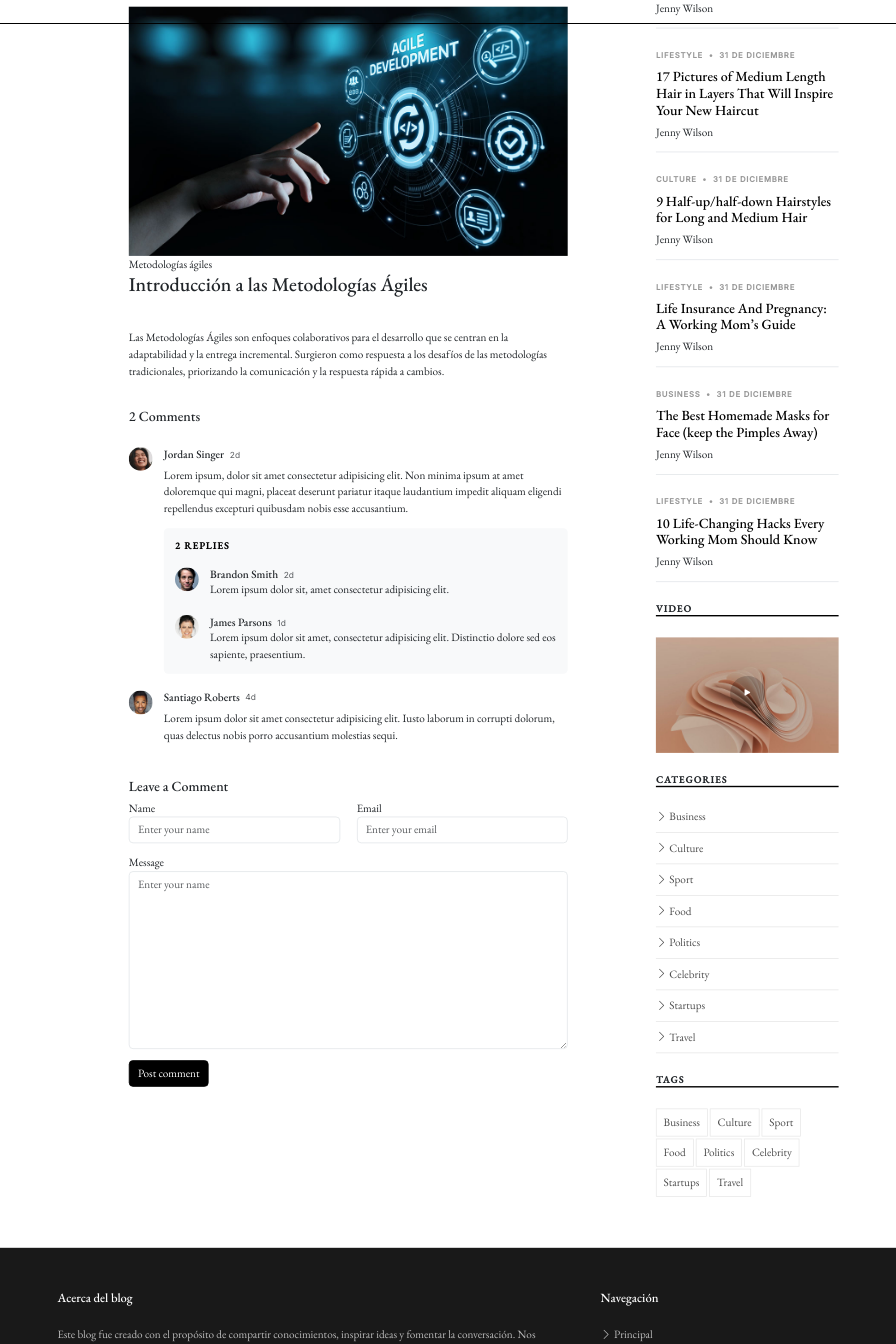
Repository: MiguelDev5/blog-miguel
Page: ma-post.html
These files come from the project's save history. The page is drawn as it stood at one moment and after the next save; the edit follows.
The browser window is 1280 px wide. The pictures show the part of the page from y = 331 to 2251 px (the page is 2567 px tall), at 70% of full size.
Some web fonts or font styles are not loaded; a fallback is used.

Above is the page before, as saved 2024-01-01 14:07:27.

After the next save:
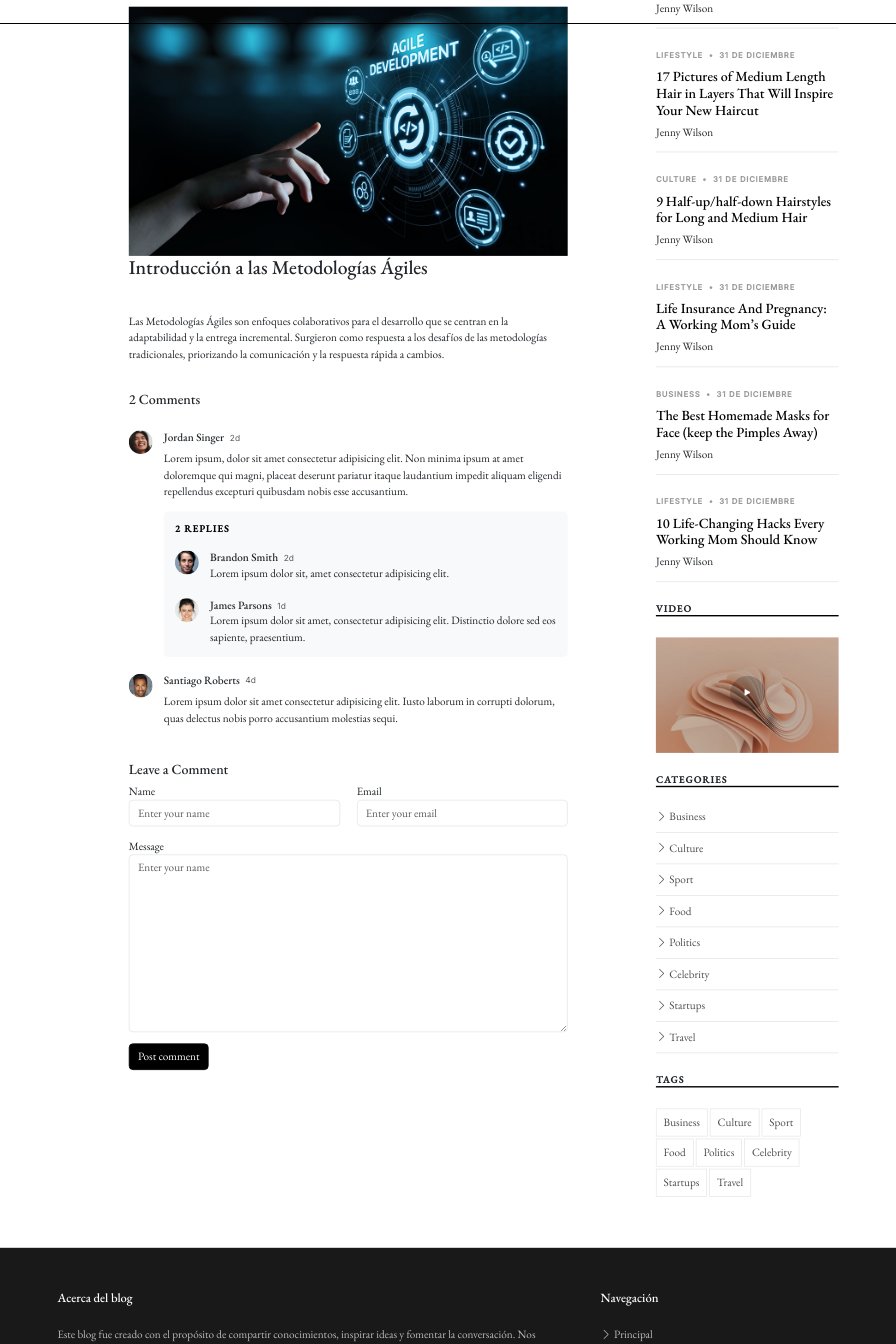
Saved 16 s later.
--- a/ma-post.html
+++ b/ma-post.html
@@ -96,7 +96,7 @@
               <div class="col-md-9"></div>
 
                   <img src="assets/img/ma001.jpg" alt="" class="img-fluid" style="width: 200;">
-                  <figcaption>Metodologías ágiles </figcaption>
+                  <br>
               </div>
               <h3 class="mb-5">Introducción a las Metodologías Ágiles</h3>
               <p>Las Metodologías Ágiles son enfoques colaborativos para el desarrollo que se centran en la adaptabilidad y la entrega incremental. Surgieron como respuesta a los desafíos de las metodologías tradicionales, priorizando la comunicación y la respuesta rápida a cambios.</p>
